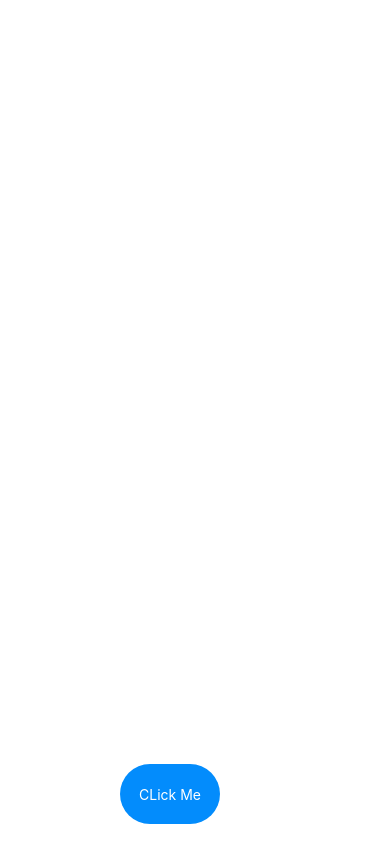
Repository: CodeBunny786/React-Native-Reveal-Animation
Screen: /
The author's editor kept a copy of each file at every save. The screen is drawn from the files as they stood at one save, then again after the next save.
The app was drawn by React Native's web renderer in a window 390 px wide. The project was rebuilt for these pictures with package versions that can differ from the ones it lists, and the page was loaded fresh each time.

Above is the screen before, as saved 2019-10-28 12:26:12.

After the next save:
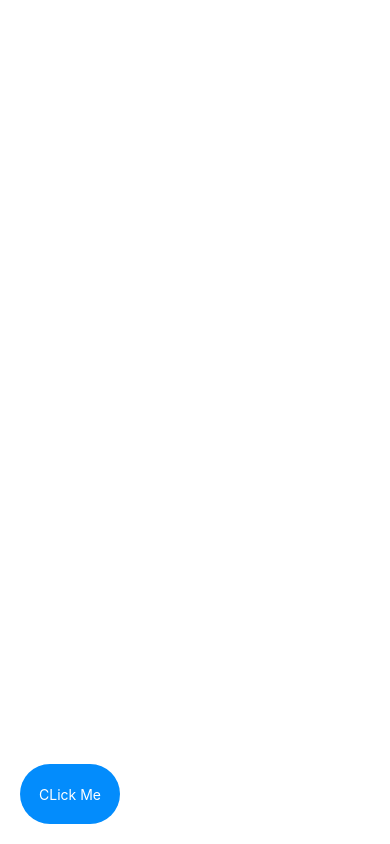
Saved 8 s later.
--- a/App.js
+++ b/App.js
@@ -78,7 +78,7 @@ const styles = StyleSheet.create({
     bottom: 20,
     // right: 20,
     right: 20,
-     left:120,
+     left:20,
   },
   other: {
     backgroundColor: "#FFF",
